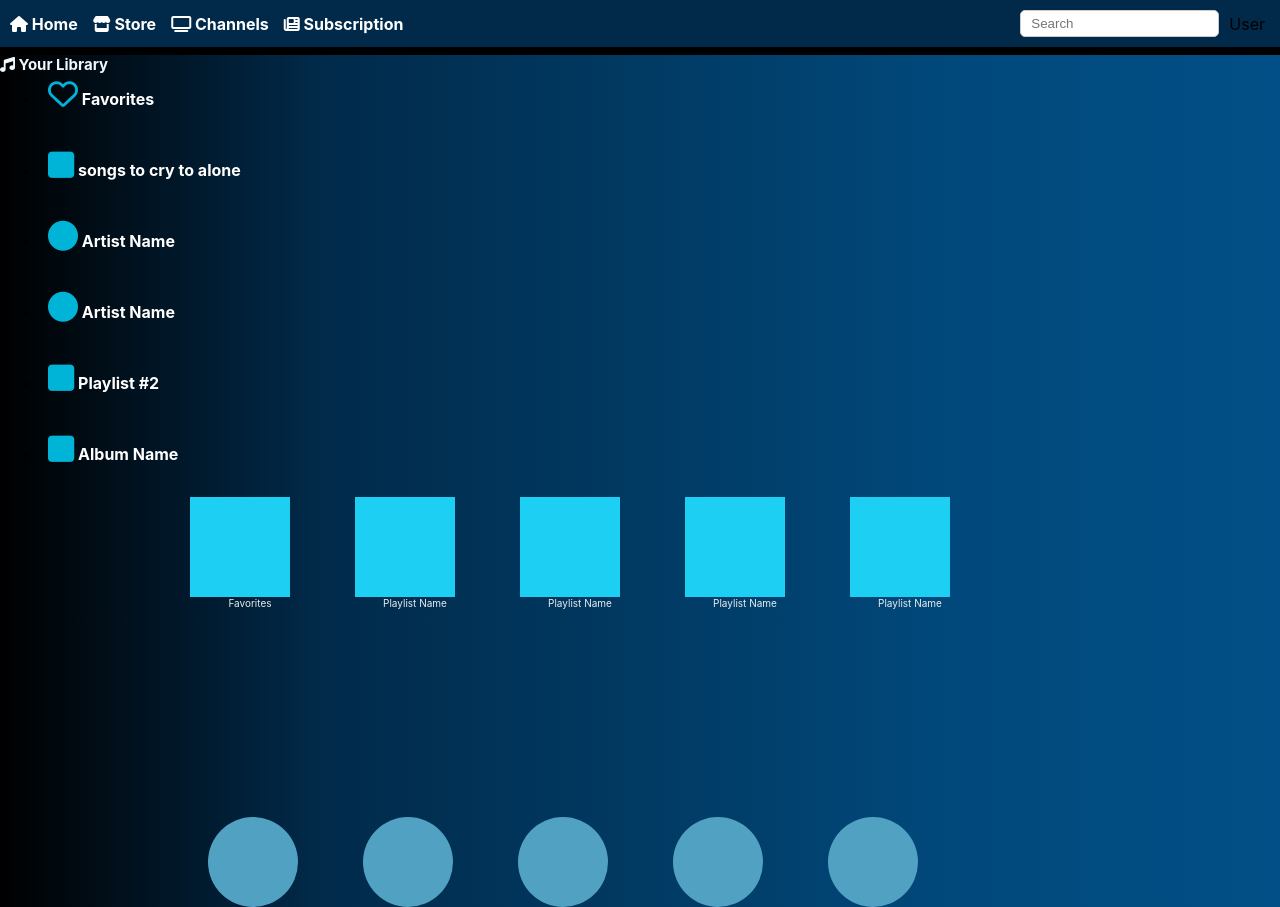
Repository: gordonnrat/group-2-project
Page: / (app in source-code/)
The author's editor kept a copy of each file at every save. The page is drawn from the files as they stood at one save, then again after the next save.
The browser window is 1280 px wide. The pictures show the whole page.
The project was rebuilt for these pictures with package versions that can differ from the ones it lists, and the page was loaded fresh each time. Also part of the build but not shown: source-code/src/App.css, source-code/src/App.js, source-code/src/components/pages/Login.js.

Above is the page before, as saved 2023-08-01 15:25:12.

### source-code/src/index.js
import React from 'react';
import ReactDOM from 'react-dom';
import './index.css';
import reportWebVitals from './reportWebVitals';
import {
  BrowserRouter as Router,
  Routes,
  Route,
  Link
} from "react-router-dom";

import App from './App';
import Home from './components/pages/Home';
import Login from './components/pages/Login';

ReactDOM.render(
  <React.StrictMode>
    <Router>
      <Routes>
        <Route path="/" element={<Home />} />
        <Route path="/login" element={<Login />} />
        {/* Add more routes here */}
        <Route path="/group-2-project" element={<Link to="/" />} />
      </Routes>
    </Router>
  </React.StrictMode>,
  document.getElementById('root')
);

// If you want to start measuring performance in your app, pass a function
// to log results (for example: reportWebVitals(console.log))
// or send to an analytics endpoint. Learn more: https://bit.ly/CRA-vitals
reportWebVitals();

### source-code/src/index.css
body {
  margin: 0;
  font-family: -apple-system, BlinkMacSystemFont, 'Segoe UI', 'Roboto', 'Oxygen',
    'Ubuntu', 'Cantarell', 'Fira Sans', 'Droid Sans', 'Helvetica Neue',
    sans-serif;
  -webkit-font-smoothing: antialiased;
  -moz-osx-font-smoothing: grayscale;
}

code {
  font-family: source-code-pro, Menlo, Monaco, Consolas, 'Courier New',
    monospace;
}

body {
  background: linear-gradient(0.25turn,black,#012A4A, #013A63, #01497C,#014F86);


}

### source-code/src/components/pages/Home.js
// Home.js

import React from "react";
import { Link } from "react-router-dom";
import Navbar from "../Navbar";
import "./js.css";

function Home() {
  return (
    <div>
      <Navbar />
      <h1 className="top-heading">
        <i className="fas fa-music"></i> Your Library
      </h1>
      <div className="main-container">
        <div className="squares-container">
          {/* Square 1 */}
          <Link to="/favorites">
            <div className="square-container">
              <div className="text">Favorites</div>
              <div className="square square-red"></div>
            </div>
          </Link>

          {/* Square 2 */}
          <Link to="/Playlist">
            <div className="square-container">
              <div className="text">Playlist Name</div>
              <div className="square square-blue"></div>
            </div>
          </Link>

          {/* Square 3 */}
          <Link to="/Playlist">
            <div className="square-container">
              <div className="text">Playlist Name</div>
              <div className="square square-green"></div>
            </div>
          </Link>

          {/* Square 4 */}
          <Link to="/Playlist">
            <div className="square-container">
              <div className="text">Playlist Name</div>
              <div className="square square-orange"></div>
            </div>
          </Link>

          {/* Square 5 */}
          <Link to="/Playlist">
            <div className="square-container">
              <div className="text">Playlist Name</div>
              <div className="square square-purple"></div>
            </div>
          </Link>
        </div>

        <div className="circles-container">
          {/* Circle 1 */}
          <Link to="/Playlist">
            <div className="circle-container">
              <div className="circle"></div>
            </div>
          </Link>

          {/* Circle 2 */}
          <Link to="/Playlist">
            <div className="circle-container">
              <div className="circle"></div>
            </div>
          </Link>

          {/* Circle 3 */}
          <Link to="/Playlist">
            <div className="circle-container">
              <div className="circle"></div>
            </div>
          </Link>

          {/* Circle 4 */}
          <Link to="/Playlist">
            <div className="circle-container">
              <div className="circle"></div>
            </div>
          </Link>

          {/* Circle 5 */}
          <Link to="/Playlist">
            <div className="circle-container">
              <div className="circle"></div>
            </div>
          </Link>




        </div>
      </div>
    </div>
  );
}

export default Home;

### source-code/src/components/Navbar.js
import React from "react";
import { Link } from "react-router-dom";
import "./Navbar.css";
import "@fortawesome/fontawesome-free/css/all.min.css";

function Navbar() {
  return (
    <div>
      {/* Main Navbar */}
      <nav className="navbar">
        <ul className="left-nav">
          <li>
            <Link to="/">
              <i className="fas fa-home"></i> Home
            </Link>
          </li>
          <li>
            <Link to="/Store">
              <i className="fas fa-store"></i> Store
            </Link>
          </li>
          <li>
            <Link to="/Channels">
              <i className="fas fa-tv"></i> Channels
            </Link>
          </li>
          <li>
            <Link to="/Subscription">
              <i className="fas fa-newspaper"></i> Subscription
            </Link>
          </li>
        </ul>
        <div className="right-nav">
          <input type="text" placeholder="Search" />
          <div className="user-section">
            {/* Your user-related elements can go here */}
            <span>User</span>
          </div>
        </div>
      </nav>

      {/* Sidebar */}
      <aside className="sidebar">
        {/* Your sidebar content can go here */}
        <ul>
          <li>
            <Link to="/Favorites">
              <i className="far fa-heart"></i> Favorites
            </Link>
          </li>
          <li>
            <Link to="/songs to cry to alone">
              <i className="fas fa-square"></i> songs to cry to alone

            </Link>
          </li>
          {/* Add more sidebar items as needed */}

          <li>
          <Link to="/Artist Name">
              <i className="fas fa-circle"></i> Artist Name
            </Link>
            </li>


            <li>
            <Link to="/Artist Name">
              <i className="fas fa-circle"></i> Artist Name
            </Link>
            </li>

            <li>
            <Link to="/Playlist">
              <i className="fas fa-square"></i> Playlist #2
            </Link>
            </li>
            <li>
            <Link to="/Album Name">
              <i className="fas fa-square"></i> Album Name
            </Link>
            </li>













        </ul>
      </aside>
    </div>
  );
}

export default Navbar;

### source-code/src/components/pages/js.css
/* js.css */

.main-container {
  display: flex;
  flex-direction: column;
  align-items: center;
  justify-content: center;
  margin-top: 20px;
}

.squares-container {
  display: flex;
  justify-content: space-between;
  max-width: 800px;
  margin: 0 auto;
}

.square-container {
  margin-right: 65px;
  position: relative; /* Add this line to create a positioning context */
}

.text {
  position: absolute;
  top: 100px;
  left: 10%;
  font-size: 10px;
  color: rgb(234, 237, 240);
  transform: translateX(-50%);
}

.square {
  width: 100px;
  height: 100px;
  background-color: rgb(29, 207, 242);
  top: 0; /* Move the square to the top */
  left: 50%;
  transform: translateX(-50%);
}

.top-heading {
  position: absolute;
  top: 45px;
  left: 0;
  font-size: 15px;
  color: aliceblue;
}

/* Add styles for the circles */

.circles-container {
  display: flex;
  justify-content: center;
  align-items: flex-start;
  margin-top: 20px;
}

.circle-container {
  margin-right: 155px;
  position: relative;
}

.circle {
  width: 90px;
  height: 90px;
  border-radius: 50%;
  background-color: rgb(81, 161, 195); /* You can set the color for the circles */
  position: absolute;
  top: 200px; /* Adjust the vertical position of the circles below the squares */
  left: 30%; /* Horizontally center the circles */
  transform: translateX(-50%);
}

### source-code/src/components/Navbar.css

/* Navbar.css */

/* Navbar.css */

.navbar {
    background-color: #012A4A;
    padding: 10px;
    display: flex;
    justify-content: space-between;
    align-items: center;

    /* Add border line to the bottom of the navigation bar */
    border-bottom: 8px solid black; /* Replace #fff with your desired border color */
}



.left-nav {
    list-style-type: none;
    margin: 0;
    padding: 0;
    display: flex;
    align-items: center;
}

.left-nav li {
    margin-right: 15px;
}

.left-nav li:last-child {
    margin-right: 0;
}

.left-nav li a {
    text-decoration: none;
    color:white;

    font-size: 16px;
    font-weight: bold;
}

.left-nav li a:hover {
    color: white;
}

.right-nav {
    display: flex;
    align-items: center;
}

.right-nav input[type="text"] {
    padding: 5px 10px;
    border: 1px solid #ccc;
    border-radius: 5px;
    margin-right: 10px;
}

.user-section {
    display: flex;
    align-items: center;
}

.user-section span {
    margin-right: 5px;
}

.user-section img {
    width: 30px;
    height: 30px;
    border-radius: 50%;
}




  .sidebar li a {
    display: block;
    padding: 8px;
    color: white;
    text-decoration: none;
    position: relative;
  }

  .sidebar li {
    margin-bottom: 25px; /* Add space between each sidebar item */
  }

  .sidebar li a i {
    font-size: 30px;
    color: #00B4D8;
    position: relative;
    z-index: 2; /* Set z-index to place the icons in front of the border line */
  }


  .sidebar li a {
    text-decoration: none;
    color: white;
    font-size: 16px;
    font-weight: bold;
}

Loaded but not shown: source-code/public/index.html (common file); source-code/src/reportWebVitals.js (common file)

After the next save:
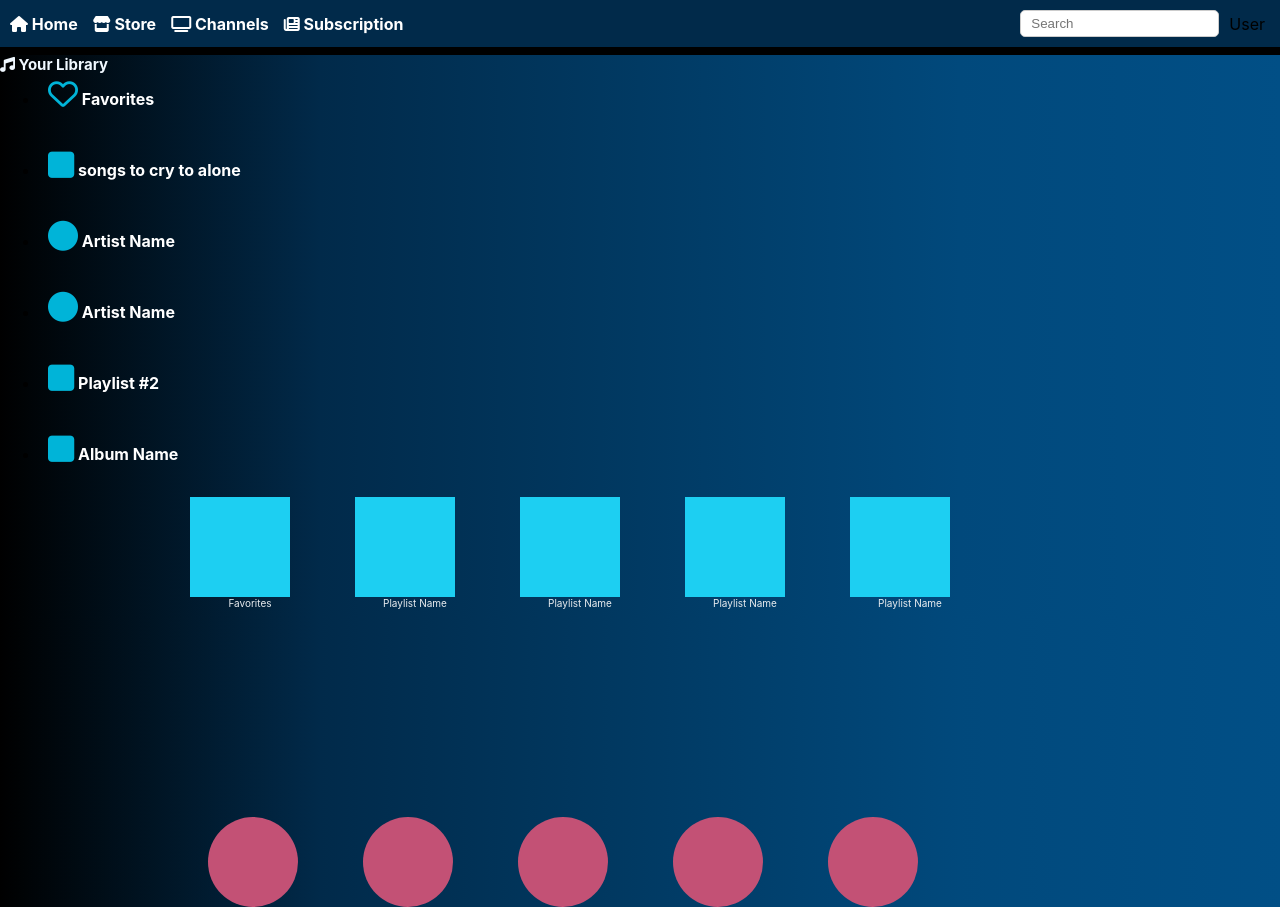
Saved 18 s later.
--- a/source-code/src/components/pages/js.css
+++ b/source-code/src/components/pages/js.css
@@ -64,7 +64,7 @@
   width: 90px;
   height: 90px;
   border-radius: 50%;
-  background-color: rgb(81, 161, 195); /* You can set the color for the circles */
+  background-color: rgb(195, 81, 117); /* You can set the color for the circles */
   position: absolute;
   top: 200px; /* Adjust the vertical position of the circles below the squares */
   left: 30%; /* Horizontally center the circles */
